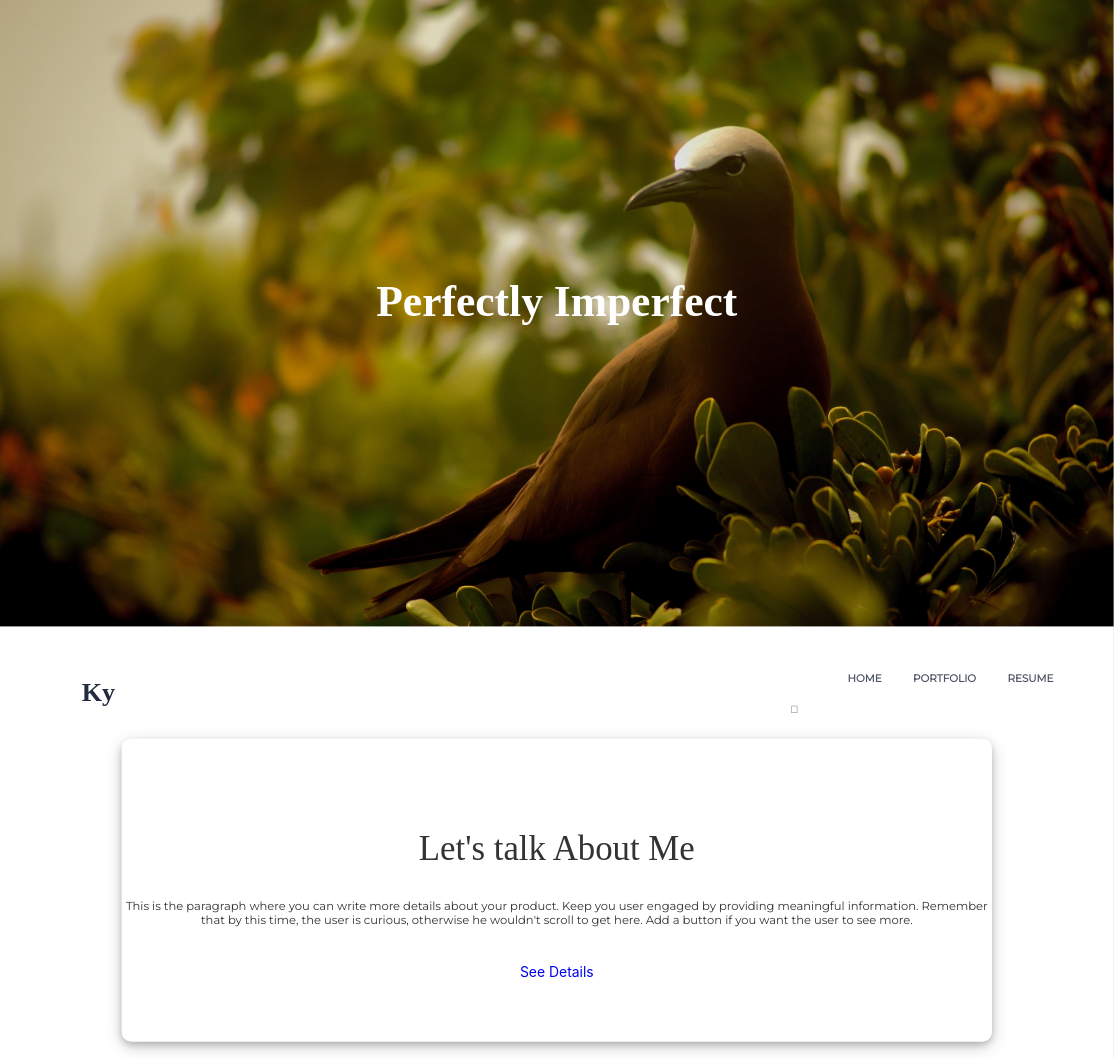
Repository: kkyler24/Perfectly-Imperfect
Page: / (app in imperfect/)
These files come from the project's save history. The page is drawn as it stood at one moment and after the next save; the edit follows.
The browser window is 1280 px wide. The pictures show the whole page, at 87% of full size.
Backgrounds fixed to the window are drawn as part of the page. Some web fonts or font styles are not loaded; a fallback is used. The project was rebuilt for these pictures with package versions that can differ from the ones it lists, and the page was loaded fresh each time.

Above is the page before, as saved 2020-08-06 12:47:28.

### imperfect/public/index.html
<!DOCTYPE html>
<html lang="en">
  <head>
    <meta charset="utf-8" />
    <link rel="icon" href="%PUBLIC_URL%/favicon.ico" />
    <meta name="viewport" content="width=device-width, initial-scale=1" />
    <meta name="theme-color" content="#000000" />
    <meta
      name="description"
      content="Web site created using create-react-app"
    />
    <link rel="apple-touch-icon" href="%PUBLIC_URL%/logo192.png" />

    <link rel="manifest" href="%PUBLIC_URL%/manifest.json" />

    <link
      href="https://fonts.googleapis.com/css2?family=Montserrat&family=Petit+Formal+Script&display=swap"
      rel="stylesheet"
    />

    <title>React App</title>
  </head>
  <body>
    <noscript>You need to enable JavaScript to run this app.</noscript>
    <div id="root"></div>
  </body>
</html>

### imperfect/src/App.js
import React from "react";
import logo from "./logo.svg";
import "./App.css";
import Nav from "./Components/navbarComponent/navbar.js";
import PGHeader from "./Components/Headerindex/header.js";
import AboutMe from "./Components/aboutMeIndex/aboutme.js";

function App() {
  return (
    <div className="App">
      <PGHeader />
      {/* <Nav /> */}
      <AboutMe />
    </div>
  );
}

export default App;

### imperfect/src/App.css
body {
  color: #66615b;
  font-size: 16px;
  box-sizing: border-box;
  display: block;
}

### imperfect/src/Components/navbarComponent/navbar.js
import React from "react";
import "./navbar.css";

function NavBar() {
  return (
    <div>
      <nav
        color-on-scroll="300"
        class="fixed-bottom  navbar-transparent navbar navbar-expand-lg"
      >
        <div class="container-fluid">
          <div class="navbar-translate">
            <a
              id="Kytitle"
              data-placement="bottom"
              target="_blank"
              title="Coded by Creative Tim"
              class="navbar-brand"
              href="#/index"
            >
              Ky
            </a>
            <button aria-expanded="false" class="navbar-toggler navbar-toggler">
              <span class="navbar-toggler-bar bar1"></span>
              <span class="navbar-toggler-bar bar2"></span>
              <span class="navbar-toggler-bar bar3"></span>
            </button>
          </div>
          <div class="justify-content-end collapse navbar-collapse">
            <ul class="navbar-nav">
              <li class="nav-item">
                <a
                  data-placement="bottom"
                  href="https://www.linkedIn"
                  target="_blank"
                  title="Let's connect on LinkedIn"
                  class="nav-link"
                >
                  {/* <i class="fa fa-linkedIn"></i> */}
                </a>
              </li>
              <li class="nav-item">
                <a
                  data-placement="bottom"
                  href="https://www.linkedin.com/in/ky-kyler-a723b932/"
                  target="_blank"
                  title="Let's connect on LinkedIn"
                  class="nav-link fa fa-linkedin"
                >
                  {/* <i class="fa fa-linkedIn"></i> */}
                </a>
              </li>
              <li class="nav-item">
                <a
                  data-placement="bottom"
                  href="https://twitter.com/CreativeTim?ref=creativetim"
                  target="_blank"
                  title="Follow us on Twitter"
                  class="nav-link"
                >
                  {/* <i class="fa fa-twitter"></i> */}
                  <p class="d-lg-none"></p>
                </a>
                <li class="nav-item mr-2rem">
                  <a
                    data-placement="bottom"
                    href="https://www.linkedin.com/in/ky-kyler-a723b932/"
                    target="_blank"
                    title="Star on GitHub"
                    class="nav-link fa fa-github"
                  >
                    {/* <i class="fa fa-github"></i> */}
                    <p class="d-lg-none"></p>
                  </a>
                </li>
              </li>
              <li class="nav-item">
                <a class="nav-link" href="#/index">
                  <i class="nc-icon nc-layout-11"></i> Home
                </a>
              </li>
              <li class="nav-item">
                <a class="nav-link" href="#/index">
                  <i class="nc-icon nc-layout-11"></i> Portfolio
                </a>
              </li>
              <li class="nav-item">
                <a target="_blank" class="nav-link" href="#/documentation">
                  <i class="nc-icon nc-book-bookmark"></i> Resume
                </a>
              </li>

              <li class="nav-item">
                <a
                  data-placement="bottom"
                  href="https://www.github.com/CreativeTimOfficial?ref=creativetim"
                  target="_blank"
                  title="Star on GitHub"
                  class="nav-link"
                >
                  {/* <i class="fa fa-github"></i> */}
                  <p class="d-lg-none"></p>
                </a>
              </li>
            </ul>
          </div>
        </div>
      </nav>
    </div>
  );
}
export default NavBar;

### imperfect/src/Components/Headerindex/header.js
import React from "react";
import "./Indexheader.css";
import Navbar from "../navbarComponent/navbar.js";

function PageHeader(props) {
  return (
    <div>
      <div id="background" className="page-header" data-parallax="true">
        <div className="filter"></div>
        <div className="headerContainer">
          <div className="motto text-center">
            <h1 id="JumboHeaderTitle">Perfectly Imperfect</h1>
            <br />
          </div>
        </div>
      </div>
      <Navbar />
    </div>
  );
}
export default PageHeader;

### imperfect/src/Components/aboutMeIndex/aboutme.js
import React from "react";
import "./aboutme.css";

function Aboutme() {
  return (
    <div className=" card aboutMain">
      <div className="sectionAB text-center">
        <div className="ABccontainer">
          <div class="row">
            <div class="ml-auto mr-auto col-md-8">
              <h2 class="titleAB">Let's talk About Me</h2>
              <h5 class="descriptionAB">
                This is the paragraph where you can write more details about
                your product. Keep you user engaged by providing meaningful
                information. Remember that by this time, the user is curious,
                otherwise he wouldn't scroll to get here. Add a button if you
                want the user to see more.
              </h5>
              <br />
              <a href="#pablo" class="btn-round btn btn-info">
                See Details
              </a>
            </div>
          </div>
        </div>
      </div>
    </div>
  );
}
export default Aboutme;

### imperfect/src/Components/navbarComponent/navbar.css
/* navbar */
#Kytitle {
  font-family: "Petit Formal Script", cursive;
  font-size: 30px;
  color: #222b3f;
  border-bottom: solid 2px rgb(255, 255, 255);
  text-transform: capitalize;
}

.navbar.navbar-transparent {
  background: transparent !important;
  padding-top: 25px;
  box-shadow: none;
}

.navbar .navbar-brand {
  font-weight: 600;
  margin: 5px 0;
  padding: 20px 15px;
  font-size: 14px;
  text-transform: uppercase;
}

.navbar-nav {
  display: flex;
  flex-direction: column;
  padding-left: 0;
  margin-bottom: 0;
  list-style: none;
}
.navbar-brand {
  display: inline-block;
  padding-top: 0.3125rem;
  padding-bottom: 0.3125rem;
  margin-right: 1rem;
  font-size: 1.25rem;
  line-height: inherit;
  white-space: nowrap;
}

.navbar {
  border: 0;
  font-size: 14px;
  padding: 0;
  font-family: "Montserrat", "Helvetica", Arial, sans-serif;
  font-weight: 300;
  align-items: center;
  display: flex;
}
.navbar > .container-fluid {
  display: flex;
  flex-wrap: wrap;
  align-items: center;
  justify-content: space-between;
}

.nav-link {
  display: block;
}

.navbar-toggler {
  padding: 0.25rem 0.75rem;
  font-size: 1.25rem;
  line-height: 1;
  background-color: transparent;
  border: 1px solid transparent;
  border-radius: 0.25rem;
}
button {
  text-transform: none;
  overflow: hidden;
  -webkit-font-smoothing: antialiased;
  font-family: "Montserrat", "Helvetica", Arial, sans-serif;
  font-weight: 300;
  margin: 0;
  text-rendering: auto;
  /* color: -internal-light-dark(buttontext, rgb(170, 170, 170)); */
  letter-spacing: normal;
  word-spacing: normal;
  text-indent: 0px;
  text-shadow: none;
  display: inline-block;
  text-align: center;
  align-items: flex-start;
  font: 400 13.3333px Arial;
}
.navbar .navbar-toggler .navbar-toggler-bar {
  display: block;
  position: relative;
  width: 24px;
  height: 2px;
  border-radius: 1px;
  margin: 0 auto;
}

.navbar.navbar-transparent .navbar-toggler .navbar-toggler-bar {
  background: #222b3f !important;
}

.navbar-transparent .navbar-nav .nav-item .nav-link:not(.btn) {
  color: #222b3f;
  border-color: #222b3f;
}

.navbar .navbar-toggler .navbar-toggler-bar + .navbar-toggler-bar {
  margin-top: 4px;
}

.navbar .navbar-nav .nav-item .nav-link {
  line-height: 1.6;
  margin: 15px 3px;
  padding: 10px 15px;
  opacity: 0.8;
  font-size: 12px;
  text-transform: uppercase;
  font-weight: 600;
}

.navbar .navbar-nav .nav-item .nav-link p {
  margin: 0;
  text-transform: uppercase;
  font-weight: 600;
  font-size: 12px;
  line-height: 1.5em;
  padding: 15px 0;
  color: #222b3f;
}

button:not(:disabled) {
  cursor: pointer;
}

.container-fluid {
  width: 100%;
  padding-right: 15px;
  padding-left: 15px;
  margin-right: 0%;
  margin-left: 5%;
}

.fixed-top {
  position: fixed;
  right: 0;
  left: 0;
  z-index: 1030;
  /* not needed for fixed bottom */
  top: 0;
}

a {
  text-decoration: none;
  background-color: transparent;
}

.collapse:not(.show) {
  display: none;
}

.justify-content-end,
ul {
  justify-content: flex-end !important;
}

.navbar-collapse {
  flex-basis: 100%;
  flex-grow: 1;
  align-items: center;
}

ul {
  margin-top: 0;
}

.navbar .navbar-nav .nav-item .nav-link [class^="fa"] {
  font-size: 17px;
  position: relative;
  right: 5px;
  color: #222b3f;
}
.fa {
  width: 18px;
  text-align: center;
}
/* .fa {
  display: inline-block;
  font: normal normal normal 14px/1 FontAwesome;
  text-rendering: auto;
  -webkit-font-smoothing: antialiased;
} */

.fa {
  padding: 20px;
  font-size: 30px;
  width: 50px;
  text-align: center;
  text-decoration: none;
  margin: 5px 2px;
}

.fa:hover {
  opacity: 0.7;
}

/* .nc-icon {
  display: inline-block;
  font: normal normal normal 14px/1 "nucleo-icons";
  font-size: inherit;
  text-transform: none;
  -webkit-font-smoothing: antialiased;
} */

/* .nc-layout-11:before {
  content: "\ea36";
}

.nc-book-bookmark:before {
  content: "\ea0f";
} */

.fa-github:before {
  content: "\f09b";
  color: #222b3f;
}

:before {
  box-sizing: border-box;
}

.navbar .navbar-collapse .nav-item .nav-link p {
  display: inline;
}

/* media Q navbar */
@media (min-width: 992px) {
  .navbar-expand-lg {
    flex-flow: row nowrap;
    justify-content: flex-start;
  }
  .navbar {
    justify-content: space-between;
  }
}
/* Li */
@media (min-width: 992px) {
  .navbar-expand-lg .navbar-nav {
    flex-direction: row;
  }
}
@media screen and (max-width: 991px) {
  .navbar-collapse ul {
    position: relative;
    z-index: 3;
    height: 95%;
  }
}

@media screen and (max-width: 991px) {
  .navbar-collapse .navbar-nav > .nav-item > .nav-link {
    color: #222b3f !important;
  }
}

@media screen and (max-width: 991px) {
  .navbar-collapse {
    position: fixed;
    display: block !important;
    top: 0;
    width: 230px;
    right: 0;
    z-index: 1032;
    visibility: visible;
    overflow-y: visible;
    border-top: none;
    text-align: left;
    padding-right: 0;
    padding-left: 40px;
    padding-top: 15px;
    transform: translateX(230px);
    transition: all 0.33s cubic-bezier(0.685, 0.0473, 0.346, 1);
  }
}

@media (max-width: 991.98px) {
  .navbar-expand-lg > .container-fluid {
    padding-right: 0;
    padding-left: 0;
  }
}

@media (min-width: 768px) {
  .container-fluid {
    max-width: 720px;
  }
}

@media (min-width: 992px) {
  .container-fluid {
    max-width: 100%;
  }
}

@media screen and (max-width: 991px) {
  .navbar-translate {
    width: 100%;
    position: relative;
    display: flex;
    justify-content: space-between !important;
    align-items: center;
    transform: translateX(0);
    transition: all 0.33s cubic-bezier(0.685, 0.0473, 0.346, 1);
  }
}

@media (min-width: 992px) {
  .navbar-expand-lg .navbar-toggler {
    display: none;
  }
}

@media screen and (max-width: 991px) {
  .navbar-collapse {
    height: 100% !important;
  }
}

@media (min-width: 992px) {
  .navbar-expand-lg .navbar-collapse {
    display: flex !important;
    flex-basis: auto;
  }
}
/*
@media (min-width: 576px) {
  .container-fluid {
    max-width: 540px;
  }
} */

@media (min-width: 992px) {
  .navbar-expand-lg > .container-fluid {
    flex-wrap: nowrap;
  }
}

### imperfect/src/Components/Headerindex/Indexheader.css
#background {
  background-image: url("../../Assets/imgs/brownnoodyGreatbirdisland.jpg");
  background-attachment: fixed;
  background-repeat: no-repeat;
  background-size: cover;
  height: 700px;
}

.page-header {
  background-position: 50%;
  background-size: cover;
  min-height: 100vh;
  max-height: 999px;
  overflow: hidden;
  position: relative;
  width: 100%;
  z-index: 1;
  display: flex;
  align-items: center;
  justify-content: center;
}

.page-header .filter:after {
  background-color: rgba(0, 0, 0, 0.125);
  content: "";
  display: block;
  height: 100%;
  left: 0;
  top: 0;
  position: absolute;
  width: 100%;
  z-index: 1;
}

.page-header .motto {
  z-index: 3;
  color: #fff;
  position: relative;
  width: max-content;
}

.headerContainer {
  font-family: "Petit Formal Script", cursive;
  display: inline-flex;
  width: 100%;
  /* font-weight: 200; */
  padding-right: 15px;
  padding-left: 15px;
  margin-right: auto;
  margin-left: auto;
  font-size: 50px;
  justify-content: center;
}

.text-center {
  text-align: center !important;
}
div {
  display: block;
}

h1 {
  display: block;
  font-size: 2em;
  margin-block-start: 0.67em;
  margin-block-end: 0.67em;
  margin-inline-start: 0px;
  margin-inline-end: 0px;
  font-weight: bold;
}
@media (max-width: 450px) and (min-width: 280px) {
  #JumboHeaderTitle {
    width: 300px;
    margin: auto;
    font-size: 20px;
    text-align: center;
  }
  #background {
    width: 450px !important;
  }
}
/*
@media (max-width: 570px) and (min-width: 280px) {
  #JumboHeaderTitle {
    width: 400px;
    margin: auto;
    font-size: 20px;
    text-align: center;
  }
} */

/* media Q */
@media (min-width: 992px) {
  .headerContainer {
    max-width: 960px;
  }
}

@media (min-width: 768px) {
  .headerContainer {
    max-width: 720px;
  }
}

@media (min-width: 576px) {
  .headerContainer {
    max-width: 540px;
    font-size: 25px;
  }
}

@media (max-width: 576px) {
  .headerContainer {
    display: flex;
    flex-wrap: wrap;
    max-width: 540px !important;
    font-size: 20px;
    text-align: center;
  }
}

### imperfect/src/Components/aboutMeIndex/aboutme.css
.aboutMain .section:first-of-type {
  position: relative;
  z-index: 3;
  position: relative;
  background: #ffffff;
  margin: -60px 30px 0px;
  box-shadow: 0 16px 24px 2px rgba(0, 0, 0, 0.14),
    0 6px 30px 5px rgba(0, 0, 0, 0.12), 0 8px 10px -5px rgba(0, 0, 0, 0.2);
  border-radius: 6px;
  padding: 70px 0;
}

.card,
.aboutMain {
  width: 700px;
  border-radius: 12px;
  box-shadow: 0 4px 8px 0 rgba(0, 0, 0, 0.2), 0 6px 20px 0 rgba(0, 0, 0, 0.19);
  text-align: center;
  background-color: #fff;
  color: #333;
  margin-bottom: 20px;
  position: relative;
  z-index: 3;
  border: 0;
  transition: transform 0.3s cubic-bezier(0.34, 2, 0.6, 1), box-shadow 0.2s ease;
  display: flex;
  flex-direction: column;
  min-width: 0;
  background-clip: border-box;
  /* border: 1px solid rgba(0, 0, 0, 0.25); */
  /* border-radius: 20px; */
  margin-left: auto;
  margin-right: auto;
}

.sectionAB {
  padding: 70px 0;
  background-color: #fff;
  border-radius: 10px;
}

.text-center {
  text-align: center !important;
}

.titleAB {
  font-family: "Petit Formal Script", cursive;
  font-weight: lighter;
  font-size: 40px;
}

.descriptionAB {
  font-family: "Montserrat", sans-serif;
  font-weight: lighter;
}

.ABcontainer {
  width: 100%;
  margin-right: auto;
  margin-left: auto;
}

row {
  display: flex;
  flex-wrap: wrap;
  margin-right: -15px;
  margin-left: -15px;
}

@media (min-width: 768px) {
  .ABcontainer {
    max-width: 720px;
  }
}

@media (max-width: 992px) {
  .sectionAB {
    max-width: 700px;
  }
}

@media (min-width: 992px) {
  .sectionAB,
  .aboutMain {
    width: 1000px;
  }
}

Loaded but not shown: imperfect/src/index.js (common file); imperfect/src/index.css (common file); imperfect/src/serviceWorker.js (common file)

After the next save:
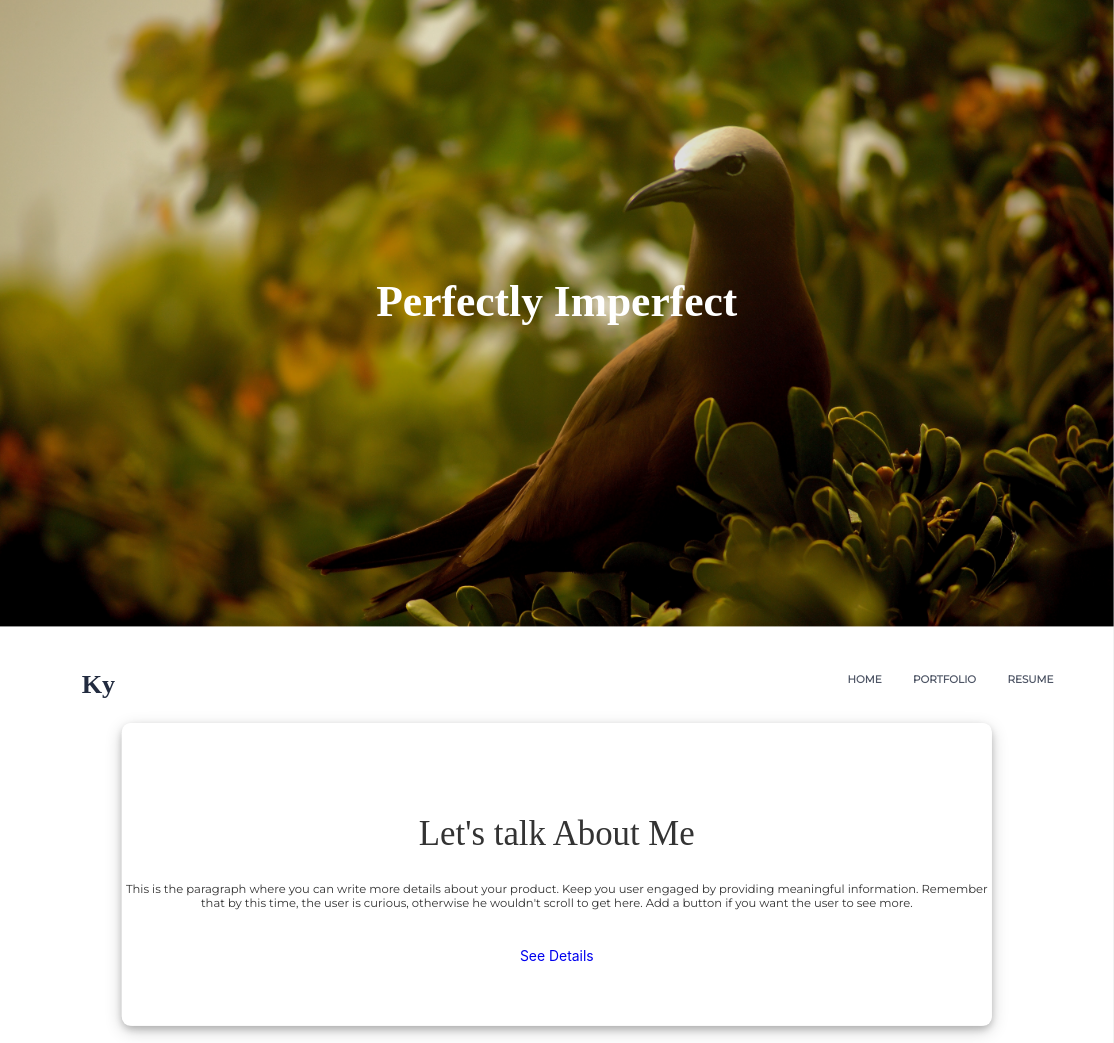
Saved 39 s later.
--- a/imperfect/src/Components/navbarComponent/navbar.css
+++ b/imperfect/src/Components/navbarComponent/navbar.css
@@ -217,7 +217,7 @@ ul {
   content: "\ea0f";
 } */
 
-.fa-github:before {
+.fa-github {
   content: "\f09b";
   color: #222b3f;
 }
